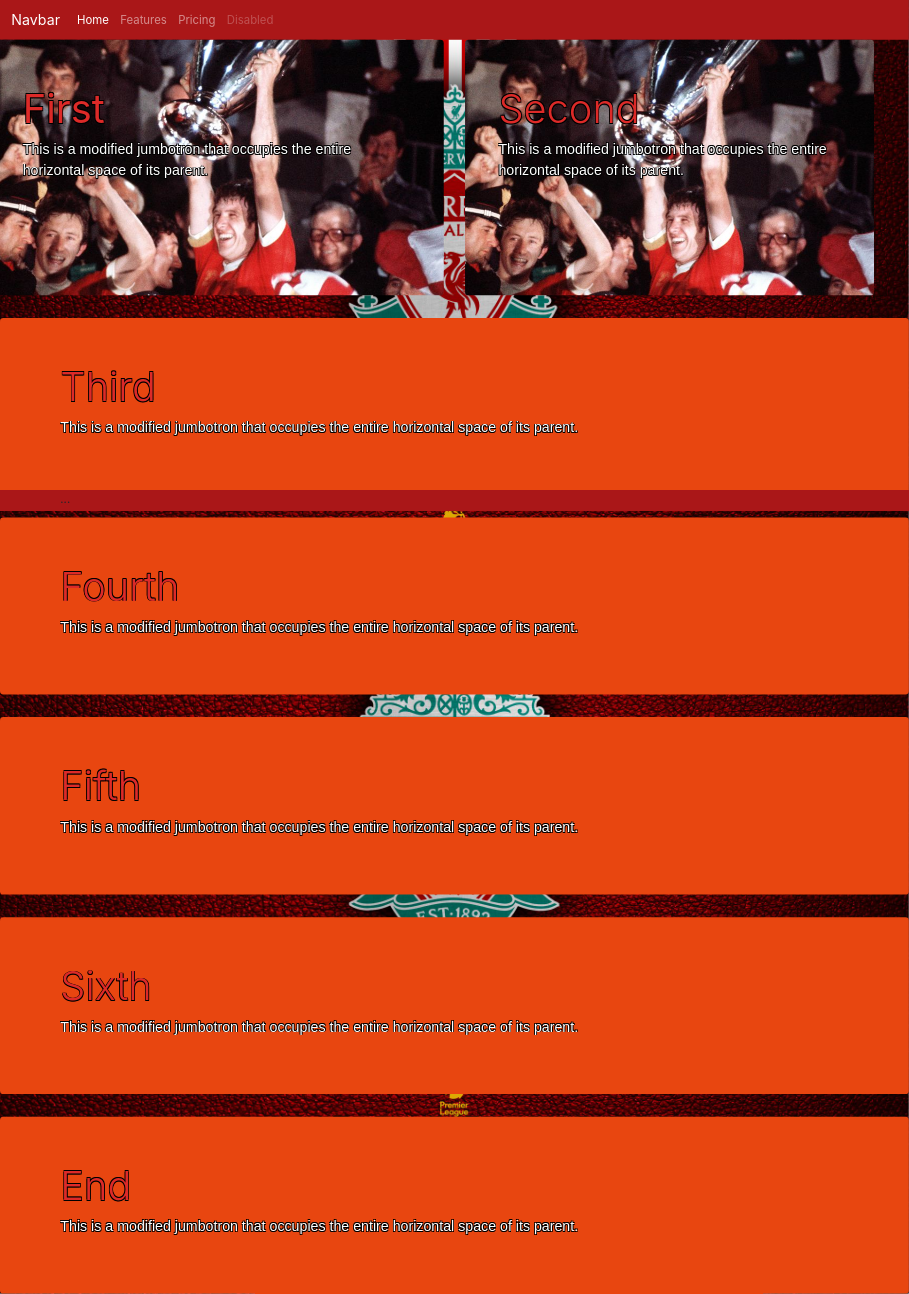
Repository: DalyAD/allez-2
Page: page1.html
The author's editor kept a record of every edit. The page is drawn from the files as they stood at one moment, then again after the next edit.
The browser window is 1280 px wide. The pictures show the whole page, at 71% of full size.
Backgrounds fixed to the window are drawn as part of the page.

Above is the page before.

After the next edit:
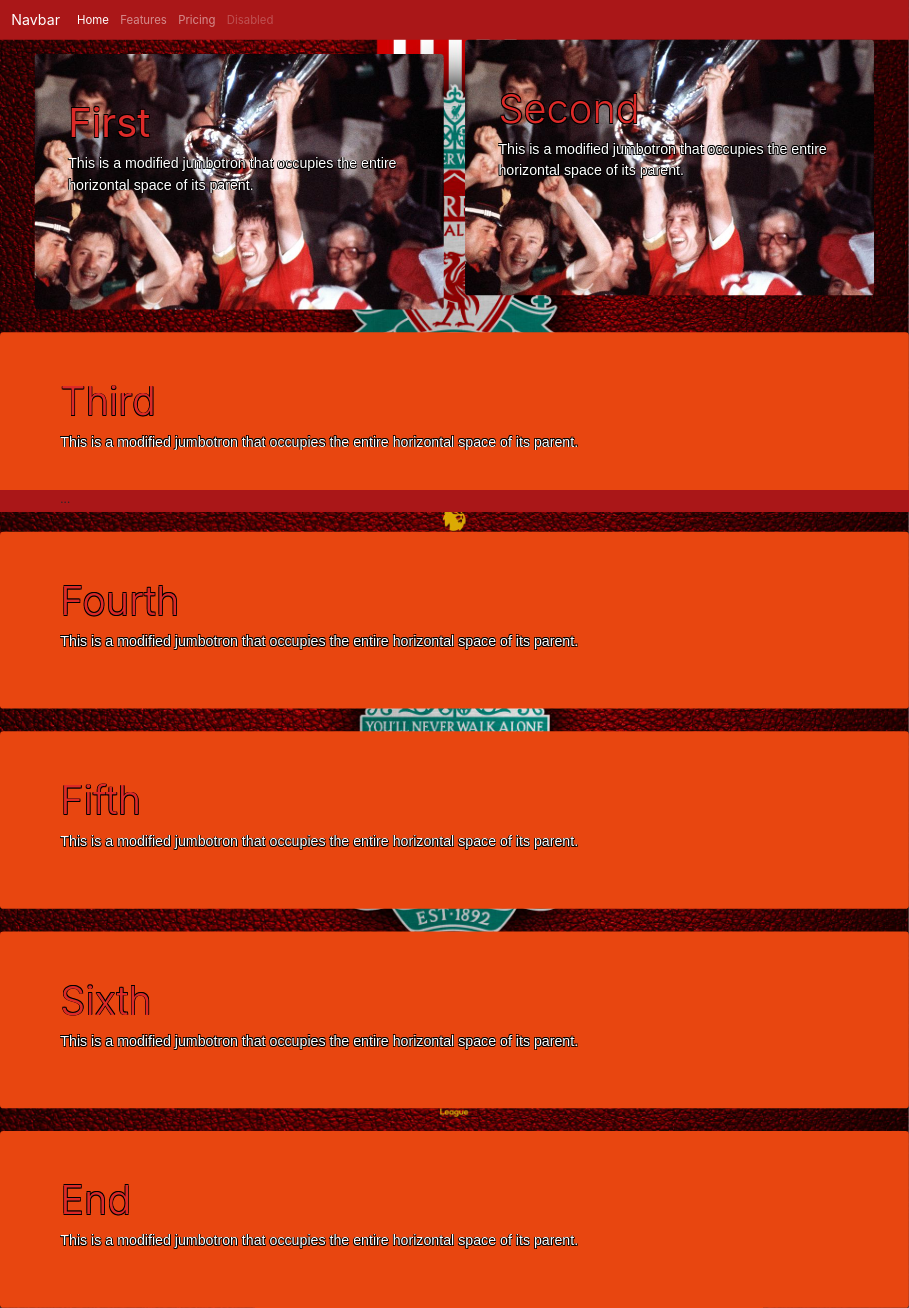
The edit:
--- a/assets/css/style.css
+++ b/assets/css/style.css
@@ -89,7 +89,8 @@
 
 @media (min-width:992px) {
   .first {
-    width: 50vw;
+    margin-top: 20px;
+    width: 45vw;
     float: right;
   }
 }
